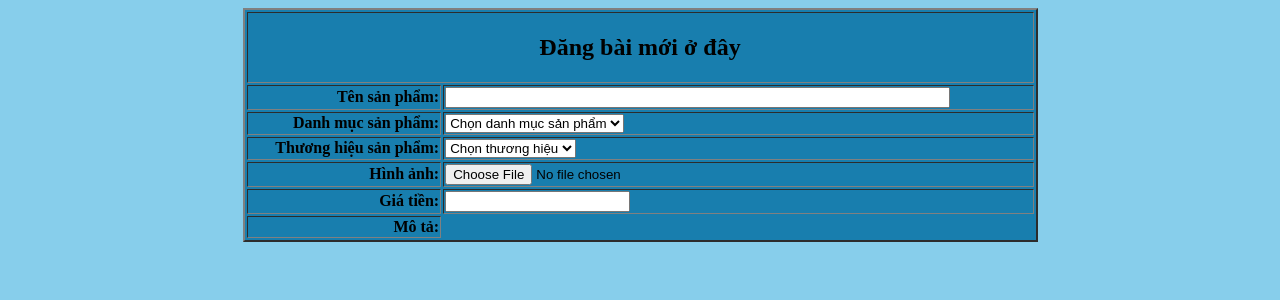
Repository: minhkhuyen1711/hpt
Page: http://localhost/website-ecommerce-php-master/admin_area/insert_product.php
An editor plug-in stored every save of this project. The page is shown before and after the next save, followed by the edit.
The browser window is 1280 px wide. The pictures show the whole page.
The page is run by PHP 8.4 with error messages shown; the project is at /var/www/html/. The database holds what the project's SQL file puts in it.

Above is the page before, as saved 2021-06-13 00:06:50.

After the next save:
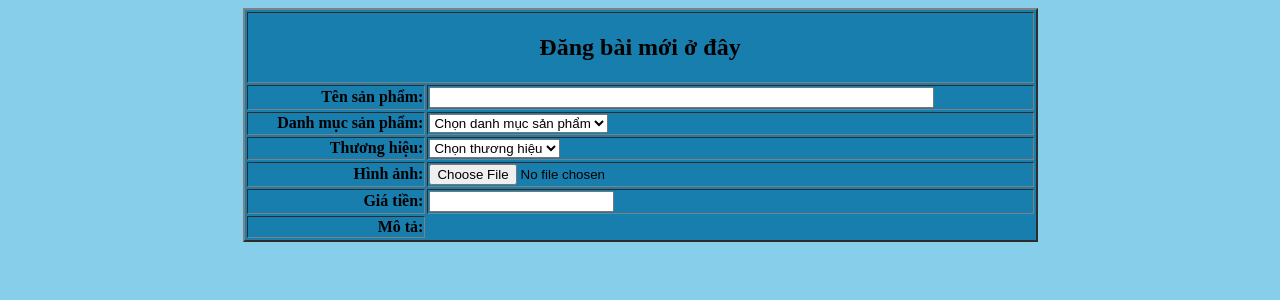
Saved 12 s later.
--- a/admin_area/insert_product.php
+++ b/admin_area/insert_product.php
@@ -45,7 +45,7 @@ include('includes/db.php');
             </tr>
 
             <tr>
-                <td align="right"><b>Thương hiệu sản phẩm:</b></td>
+                <td align="right"><b>Thương hiệu:</b></td>
                 <td>
                     <select name="product_cat">
                         <option>Chọn thương hiệu</option>
